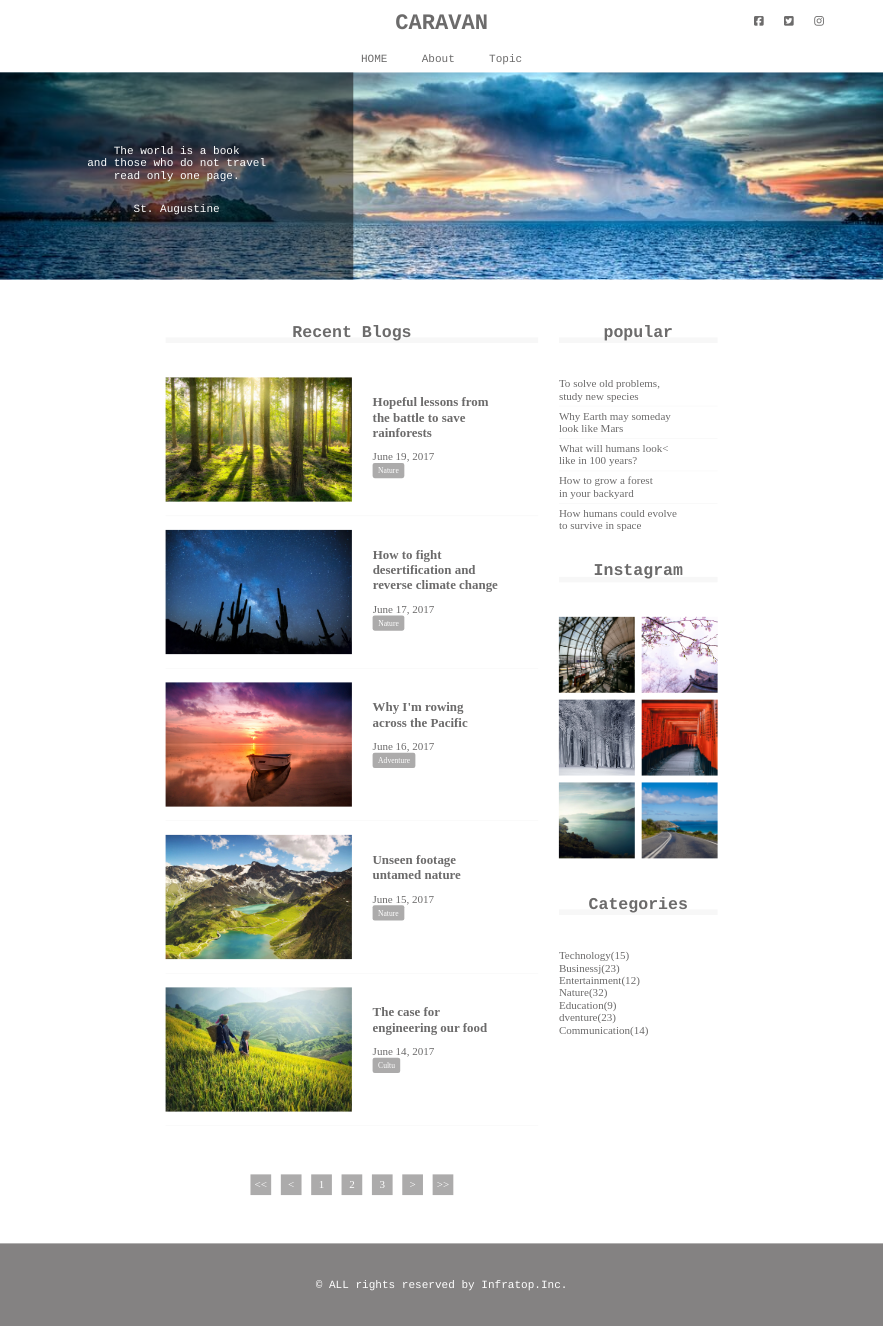
Repository: YuraTajima/DMM-all
Page: caravan/index.html
The author's editor kept a record of every edit. The page is drawn from the files as they stood at one moment, then again after the next edit.
The browser window is 1280 px wide. The pictures show the whole page, at 69% of full size.
Some web libraries are served in a nearby version.

Above is the page before.

After the next edit:
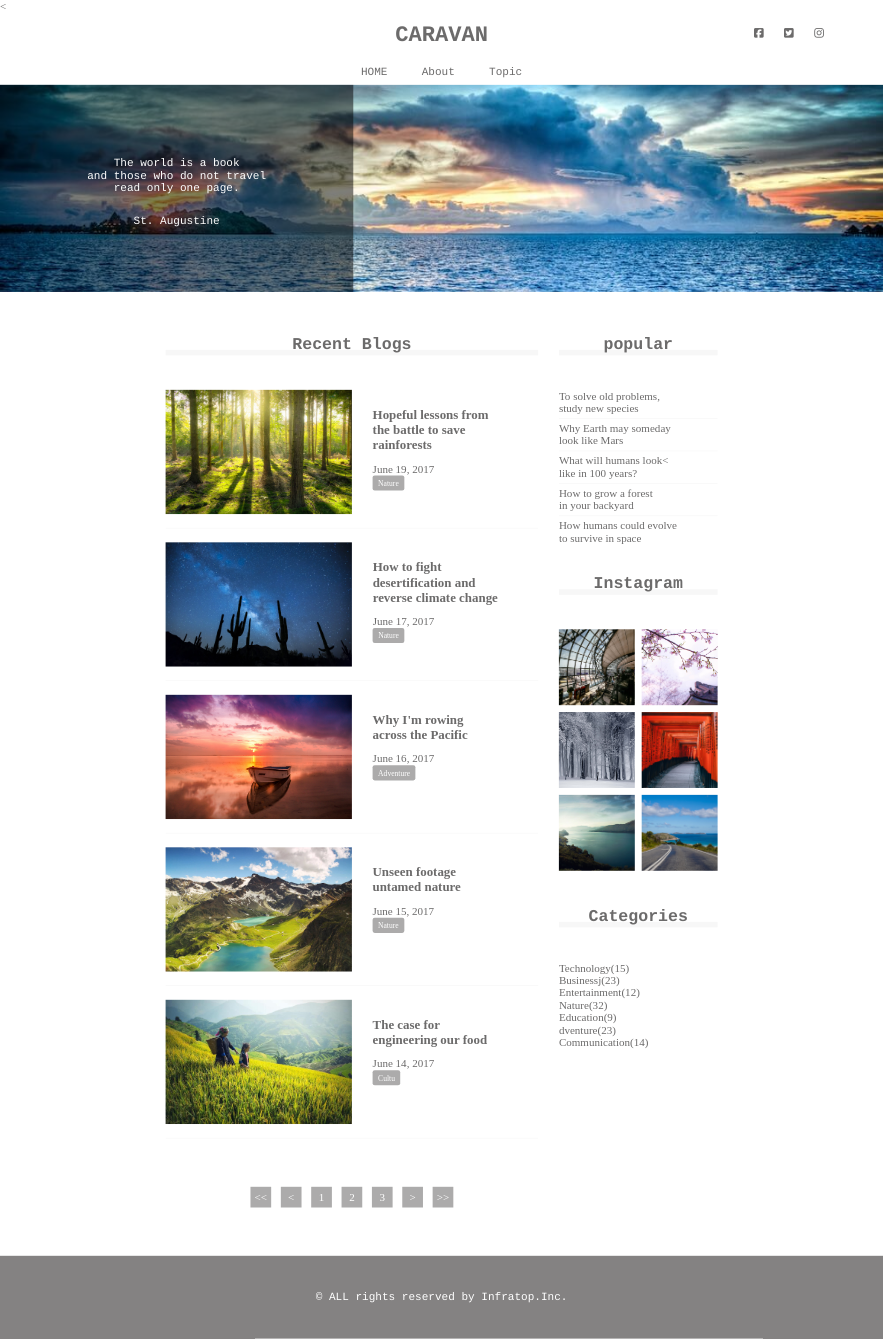
The edit:
--- a/caravan/index.html
+++ b/caravan/index.html
@@ -3,6 +3,8 @@
 <html lang="ja">
   <head>
     <meta charset="UTF-8" />
+
+    <<meta name="viewport" content="width=device-width,initial-scale=1.0" />
 
     <script src="https://kit.fontawesome.com/a5be88e144.js" crossorigin="anonymous"></script>
     <!-- CSSファイルの読み込み -->
